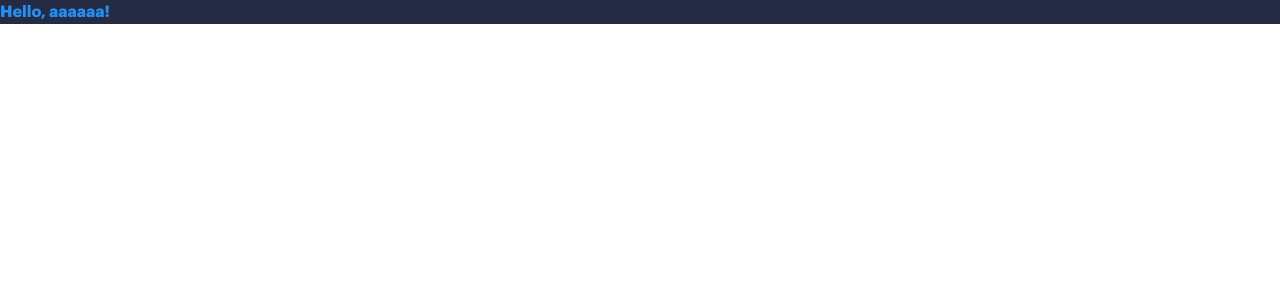
Repository: SK3010z/figmaland-tailwind
Page: /
The author's editor kept a copy of each file at every save. The page is drawn from the files as they stood at one save, then again after the next save.
The browser window is 1280 px wide. The pictures show the whole page.
The project was rebuilt for these pictures with package versions that can differ from the ones it lists, and the page was loaded fresh each time. Also part of the build but not shown: vite.config.js.

Above is the page before, as saved 2024-08-14 16:37:40.

After the next save:
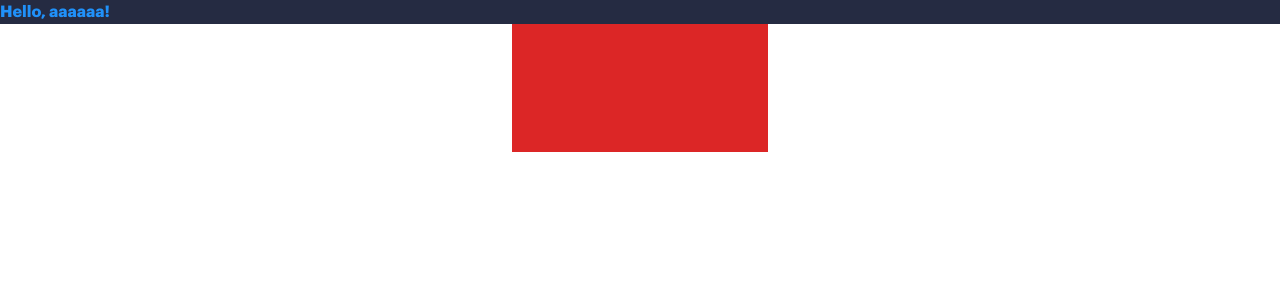
Saved 41 s later.
--- a/src/main.jsx
+++ b/src/main.jsx
@@ -1,12 +1,12 @@
 import { StrictMode } from 'react'
 import { createRoot } from 'react-dom/client'
 import App from './App.jsx'
-import mediaQueries from './mediaQueries.jsx'
+import MediaQueries from './mediaQueries.jsx'
 import './index.css'
 
 createRoot(document.getElementById('root')).render(
   <StrictMode>
     <App/>
-    <mediaQueries/>
+    <MediaQueries/>
   </StrictMode>,
 )

After the save that followed:
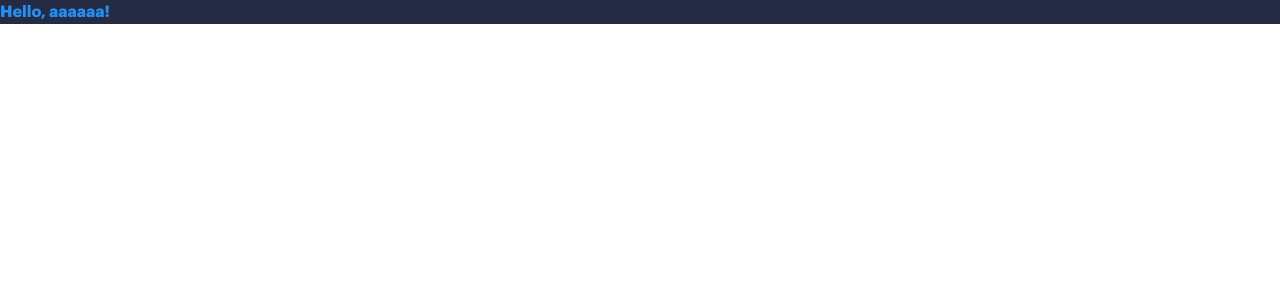
Saved 3 min 42 s later.
--- a/src/main.jsx
+++ b/src/main.jsx
@@ -7,6 +7,5 @@
 createRoot(document.getElementById('root')).render(
   <StrictMode>
     <App/>
-    <MediaQueries/>
   </StrictMode>,
 )
